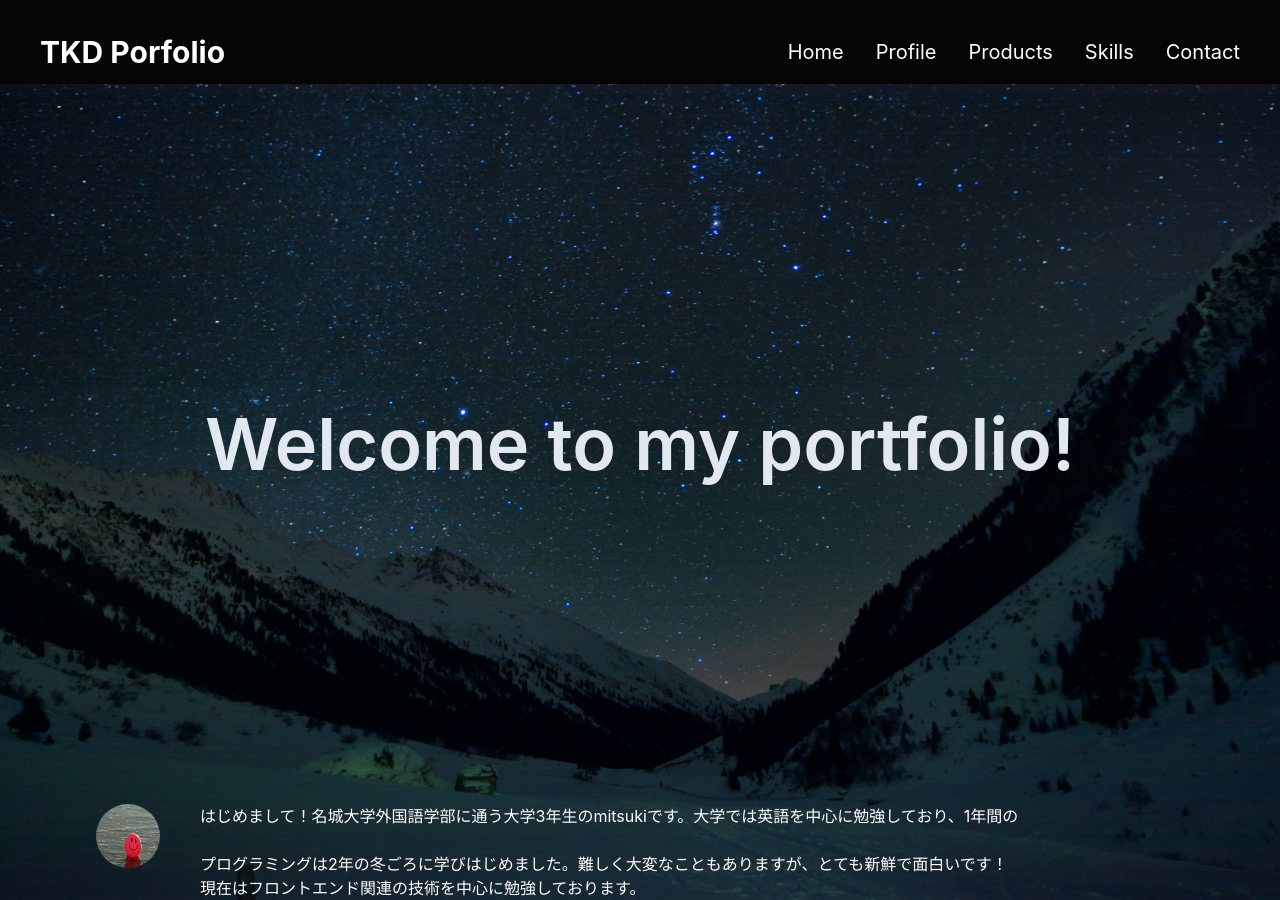
Repository: MitukiTakada/todo-aplication
Page: / (app in design/dev/react-tailwind/react-tailwind/)
The author's editor kept a copy of each file at every save. The page is drawn from the files as they stood at one save, then again after a run of saves.
The browser window is 1280 px wide. The pictures show the whole page.
The project was rebuilt for these pictures with package versions that can differ from the ones it lists, and the page was loaded fresh each time. Also part of the build but not shown: design/dev/react-tailwind/react-tailwind/src/components/Contact.jsx, design/dev/react-tailwind/react-tailwind/src/components/Products.jsx, design/dev/react-tailwind/react-tailwind/src/components/Profile.jsx, design/dev/react-tailwind/react-tailwind/src/components/Skills.jsx.

Above is the page before, as saved 2022-11-19 14:57:17.

### design/dev/react-tailwind/react-tailwind/public/index.html
<!DOCTYPE html>
<html lang="en">
  <head>
    <meta charset="utf-8" />
    <link rel="icon" href="%PUBLIC_URL%/favicon.ico" />
    <meta name="viewport" content="width=device-width, initial-scale=1" />
    <meta name="theme-color" content="#000000" />
    <meta
      name="description"
      content="Web site created using create-react-app"
    />
    <link rel="apple-touch-icon" href="%PUBLIC_URL%/logo192.png" />
    <link rel ="stylesheet" href="https://cdnjs.cloudflare.com/ajax/libs/font-awesome/5.15.3/css/all.min.css">
    <!--
      manifest.json provides metadata used when your web app is installed on a
      user's mobile device or desktop. See https://developers.google.com/web/fundamentals/web-app-manifest/
    -->
    <link rel="manifest" href="%PUBLIC_URL%/manifest.json" />
    <!--
      Notice the use of %PUBLIC_URL% in the tags above.
      It will be replaced with the URL of the `public` folder during the build.
      Only files inside the `public` folder can be referenced from the HTML.

      Unlike "/favicon.ico" or "favicon.ico", "%PUBLIC_URL%/favicon.ico" will
      work correctly both with client-side routing and a non-root public URL.
      Learn how to configure a non-root public URL by running `npm run build`.
    -->
    <title>React App</title>
  </head>
  <body>
    <noscript>You need to enable JavaScript to run this app.</noscript>
    <div id="root"></div>
    <!--
      This HTML file is a template.
      If you open it directly in the browser, you will see an empty page.

      You can add webfonts, meta tags, or analytics to this file.
      The build step will place the bundled scripts into the <body> tag.

      To begin the development, run `npm start` or `yarn start`.
      To create a production bundle, use `npm run build` or `yarn build`.
    -->
  </body>
</html>

### design/dev/react-tailwind/react-tailwind/src/index.jsx
import React from 'react';
import ReactDOM from 'react-dom/client';
import './index.css';
import App from './App';
import reportWebVitals from './reportWebVitals';
import { BrowserRouter } from 'react-router-dom';
import { ChakraProvider } from '@chakra-ui/provider';

const root = ReactDOM.createRoot(document.getElementById('root'));
root.render(
  <React.StrictMode>
    <BrowserRouter>
        <ChakraProvider>
          <App />
        </ChakraProvider>
    </BrowserRouter>
  </React.StrictMode>
);

// If you want to start measuring performance in your app, pass a function
// to log results (for example: reportWebVitals(console.log))
// or send to an analytics endpoint. Learn more: https://bit.ly/CRA-vitals
reportWebVitals();

### design/dev/react-tailwind/react-tailwind/src/App.jsx
import { BrowserRouter, Routes, Route } from "react-router-dom";
import Contact from "./components/Contact";
import Header from "./components/Header";
import Home from "./components/Home";
import Products from "./components/Products";
import Profile from "./components/Profile";
import Skills from "./components/Skills";


function App() {
  return (
    <div className=" bg-body  text-white w-full sm:px-0 pt-5">
     <Header />
      <Routes>
        <Route path="/" element={<Home />}/>
        <Route path="/prfole" element={<Profile />}/>
        <Route path="products" element={<Products />}/>
        <Route path="/skills" element={<Skills />}/>
        <Route path="/contact" element={<Contact />}/>
      </Routes>
    </div>
  );
}

export default App;

### design/dev/react-tailwind/react-tailwind/src/components/Header.jsx
import React from 'react'
import { Link } from 'react-router-dom'
import "./output.css"
import Hamburger from './atoms/Hamburger'

const Header = () => {
  return (
    <header className="container flex justify-between  w-full items-center mr-0 relative h-16 px-10">
      <div>
        <h2 className="text-2xl font-bold md:text-3xl">TKD Porfolio</h2>
      </div>
      <nav className="flex space-x-8 text-xl ml-8 items-center hidden md:block">
        <Link to={"/"} className="link">Home</Link>
        <Link to={"/profile"} className="link">Profile</Link>
        <Link to={"/products"} className="link">Products</Link>
        <Link to={"/skills"} className="link">Skills</Link>
        <Link to={"/contact"} className="link">Contact</Link>
      </nav>
      <Hamburger className="md:hidden absolute right-3"/>
    </header>
  )
}

export default Header

### design/dev/react-tailwind/react-tailwind/src/components/Home.jsx
import React from 'react'
import mainImage from "../images/main-image.jpeg"
import "./Home.css";
import userImage from "../images/user.jpg"

const Home = () => {
  return (
    <div className="home ">
      <div className="items-center ">
        <h1 className=" font-semibold text-3xl 100v text-center text-slate-200 lg:text-7xl md:text-5xl">Welcome to my portfolio!</h1>
      </div>
      <div className="flex mx-auto px-24 space-x-10">
        <img src={userImage} alt="" className="h-16 w-16 rounded-full"/>
        <div>
          <p>
            はじめまして！名城大学外国語学部に通う大学3年生のmitsukiです。大学では英語を中心に勉強しており、1年間の
          </p>
          <br />
          <p>
          プログラミングは2年の冬ごろに学びはじめました。難しく大変なこともありますが、とても新鮮で面白いです！
          </p>
          <p>
          現在はフロントエンド関連の技術を中心に勉強しております。
          </p>
          </div>
      </div>
    </div>
  )
}

export default Home

### design/dev/react-tailwind/react-tailwind/src/components/output.css
.link {
  @apply hover:text-purple-400 transition-all duration-300;
}
.drawer-link {
  @apply hover:text-purple-400 transition-all duration-300 text-xl block text-center my-3;
}
.contact-btn {
  @apply bg-purple-500 font-bold text-xl px-3 py-2 rounded border-none hover:bg-purple-800 duration-300 transition-all mt-10
}
.secondary-title {
  @apply text-3xl font-bold;
}
.secondary-title::before {
  content: "";
  @apply block w-12 h-2 bg-purple-400 rounded-full mb-1;
}

.section-paragraph {
  @apply text-secondary my-6 w-full max-w-3xl
}

.badge {
  @apply px-4 py-2 text-sm rounded bg-badge block
}

.send-btn {
  @apply bg-teal-400 font-bold text-xl px-3 py-2 rounded border-none hover:bg-teal-600 duration-300 transition-all mt-10
}

### design/dev/react-tailwind/react-tailwind/src/components/atoms/Hamburger.jsx
import React from 'react'
import {
  Drawer,
  DrawerBody,
  DrawerOverlay,
  DrawerContent,
  DrawerCloseButton,
  useDisclosure,
  Button
} from '@chakra-ui/react'
import { Link } from 'react-router-dom';
import { HamburgerIcon } from '@chakra-ui/icons';

const Hamburger = () => {
  const { isOpen, onOpen, onClose } = useDisclosure()
  return (
    <div className="md:hidden">
        <HamburgerIcon h={30} w={30} className="hover:text-purple-400 duration-300 transition-all cursor-pointer"
        onClick={onOpen}
        />
        <Drawer isOpen={isOpen} onClose={onClose} placement="left" size="xs">
          <DrawerOverlay>
            <DrawerContent>
              <DrawerBody className="w-2/5 bg-slate-200 h-full p-12">
                <div className="z-20 space-y-5 text-xl">
                  <Link to={"/"} className="link drawer-link">Home</Link>
                  <Link to={"/profile"} className="link drawer-link">Profile</Link>
                  <Link to={"/products"} className="link drawer-link">Products</Link>
                  <Link to={"/skills"} className="link drawer-link">Skills</Link>
                  <Link to={"/contact"} className="link drawer-link">Contact</Link>
                  <DrawerCloseButton className="text-white text-md  p-2 rounded mt-15 mx-auto bg-red-400 transition-all duration-300 hover:bg-red-700 ">閉じる</DrawerCloseButton>
                </div>
              </DrawerBody>
            </DrawerContent>
          </DrawerOverlay>
        </Drawer>
      </div>
  )
}

export default Hamburger

### design/dev/react-tailwind/react-tailwind/src/components/Home.css
.home {
  background-image: url(../images/mountain.jpeg);
  background-position: center;
  background-size: cover;
  height: 100%;
  width: 100%;
}

.home h1 {
  line-height: 100vh;
  align-items: center;
}

### design/dev/react-tailwind/react-tailwind/tailwind.config.js
/** @type {import('tailwindcss').Config} */
module.exports = {
  content: [
    "./src/**/*.{js,jsx,ts,tsx}",
  ],
  theme: {
    extend: {

      colors: {
        body: "#050505",
        secondary: "#9191A4",
        badge: "#3F3F51"
      },
      lineHeight: {
        "100v": "100vh"
      }
    },
  },
  plugins: [],
}

Loaded but not shown: design/dev/react-tailwind/react-tailwind/src/index.css (common file); design/dev/react-tailwind/react-tailwind/src/reportWebVitals.js (common file)

After the next 8 saves:
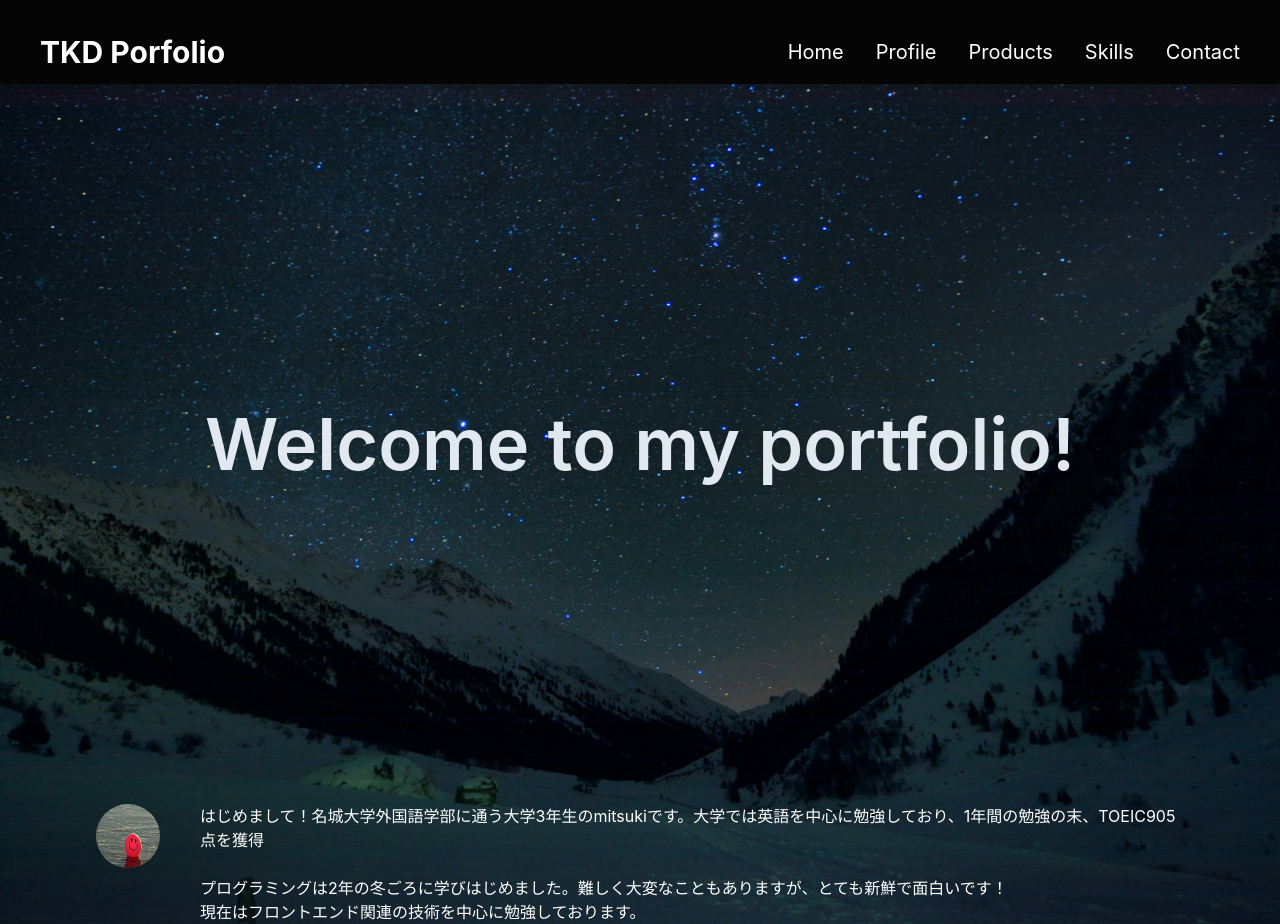
The 8 saves are shown as one change because they came seconds apart.
The last was saved 23 s later.
--- a/design/dev/react-tailwind/react-tailwind/src/components/Home.jsx
+++ b/design/dev/react-tailwind/react-tailwind/src/components/Home.jsx
@@ -13,7 +13,7 @@ const Home = () => {
         <img src={userImage} alt="" className="h-16 w-16 rounded-full"/>
         <div>
           <p>
-            はじめまして！名城大学外国語学部に通う大学3年生のmitsukiです。大学では英語を中心に勉強しており、1年間の
+            はじめまして！名城大学外国語学部に通う大学3年生のmitsukiです。大学では英語を中心に勉強しており、1年間の勉強の末、TOEIC905点を獲得
           </p>
           <br />
           <p>
